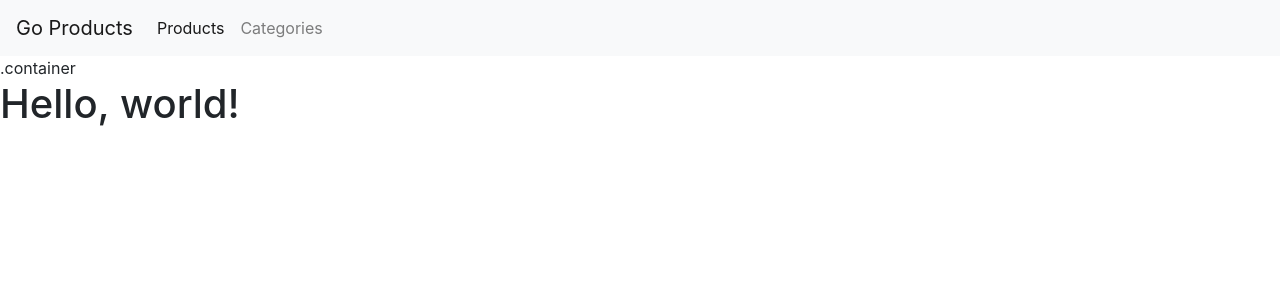
Repository: Nouthemoran/go-web-native-crud
Page: views/home/index.html
The author's editor kept a copy of each file at every save. The page is drawn from the files as they stood at one save, then again after a run of saves.
The browser window is 1280 px wide. The pictures show the whole page.

Above is the page before, as saved 2023-10-04 15:07:26.

After the next 3 saves:
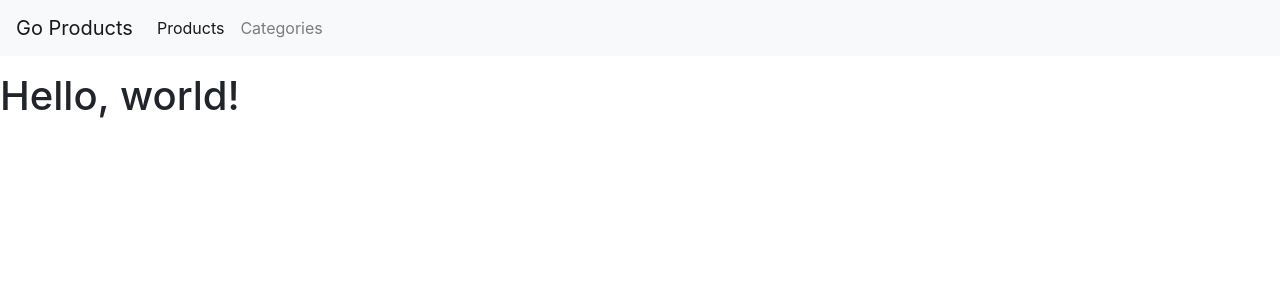
The 3 saves are shown as one change because they came seconds apart.
The last was saved 15 s later.
--- a/views/home/index.html
+++ b/views/home/index.html
@@ -30,7 +30,9 @@
       </nav>
     <!-- End of Navbar -->
 
-    .container
+    <div class="container mt-3">
+
+    </div>
     <h1>Hello, world!</h1>
 
     <!-- Optional JavaScript -->
